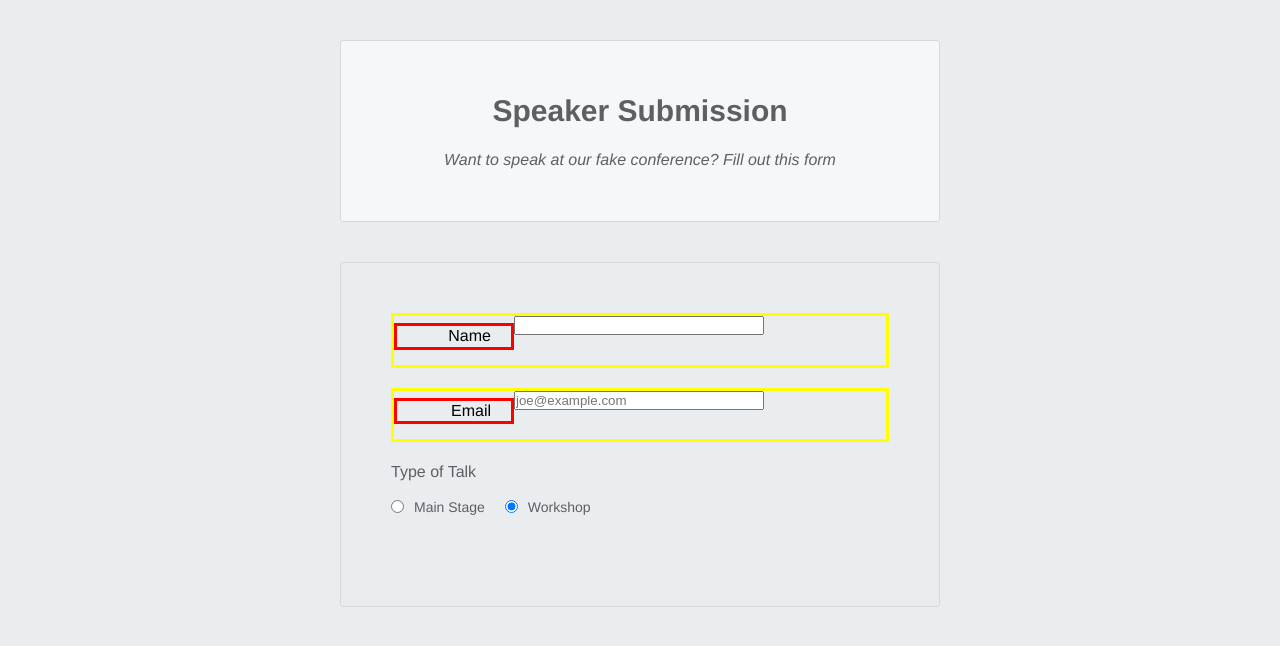
Repository: randomUser134923/pet-projects
Page: CSS_practice/7_forms/index.html
The author's editor kept a record of every edit. The page is drawn from the files as they stood at one moment, then again after the next edit.
The browser window is 1280 px wide. The pictures show the whole page.

Above is the page before.

### CSS_practice/7_forms/index.html
<!DOCTYPE html>
<html lang='en'>
    <head>
        <meta charset='UTF-8'/>
        <title>Speaker Submission</title>
        <link rel='stylesheet' href='style.css'/>
    </head>

    <body>
        <header class='speaker-form-header'>
            <h1> Speaker Submission </h1>
            <p><em>Want to speak at our fake conference? Fill out this form</em></p>
        </header>

        <form action='' method='get' class='speaker-form'>
            <div class='form-row'>
                <label for='full name'>Name</label>
                <input id='full-name' name='full-name' type='text'/>
            </div>

            <div class='form-row'>
                <label for='email'>Email</label>
                <input id='email' name='email' type='email' placeholder='joe@example.com'/>
            </div>

            <fieldset class='legacy-form-row'>
              <legend>Type of Talk</legend>
              <input id='talk-type-1'
                     name='talk-type'
                     type='radio'
                     value='main-stage' />
              <label for='talk-type-1' class='radio-label'>Main Stage</label>
              <input id='talk-type-2'
                     name='talk-type'
                     type='radio'
                     value='workshop'
                     checked />
              <label for='talk-type-2' class='radio-label'>Workshop</label>
            </fieldset>

        </form>
    </body>
</html>

### CSS_practice/7_forms/style.css
* {
    margin: 0;
    padding: 0;
    box-sizing: border-box;
}

body {
    color: #5D6063;
    background-color: #EAEDF0;
    font-family: "Helvetica", "Arial", sans-serif;
    font-size: 16px;
    line-height: 1.3;
    display: flex;
    flex-direction: column;
    align-items: center;
}

.speaker-form-header {
    text-align: center;
    background-color: #F6F7F8;
    border: 1px solid #D6D9DC;
    border-radius: 3px;
    width: 80%;
    margin: 40px 0;
    padding: 50px;
}

.speaker-form-header h1 {
    font-size: 30px;
    margin-bottom: 20px;
}

.speaker-form {
    bacgkround-color: #F6F7F8;
    border: 1px solid #D6D9DC;
    border-radius: 3px;
    width: 80%;
    padding: 50px;
    margin: 0 0 40px 0;
}

.form-row {
    margin-bottom: 40px;
    display: flex;
    justify-content: flex-start;
    flex-direction: column;
    flex-wrap: wrap;
}

.form-row input[type='text']
.form-row input[type='email']
{
    background-color: #FFFFFF;
    border: 1px solid #D6D9DC;
    border-radius: 3px;
    width: 100%;
    padding: 7px;
    font-size: 14px;
}

.form-row label {
    margin-bottom: 15px;
}


.form-row input[type='text']:invalid,
.form-row input[type='email']:invalid
{
    border: 1px solid #5DDC5F;
    color: #D55C5F;
}

.legacy-form-row {
    border: none;
    margin-bottom: 40px;
}

.legacy-form-row legend {
    margin-bottom:15px;
}

.legacy-form-row .radio-label {
    display: block;
    font-size: 14px;
    padding: 0 20px 0 10px;
}

.legacy-form-row input[type='radio'] {
    margin-top: 2px;
}

.legacy-form-row .radio-label ,
.legacy-form-row input[type='radio'] {
    float:left;
}

@media only screen and (min-width: 700px) {


    .speaker-form-header , .speaker-form {
        width: 600px;
    }

    .form-row {
        flex-direction: row;
        align-items: flex-start;
        margin-bottom: 20px;
        border: 3px solid yellow;
    }

    .form-row input[type='text'],
    .form-row input[type='email'],
    .from-row select,
    .from-row textarea
    {
        width: 250px;
        height: initial;
    }


    .form-row label {
        text-align: right;
        width: 120px;
        color: black;
        margin-top: 7px;
        padding-right: 20px;
        border: 3px solid red;
    }




}

After the next edit:
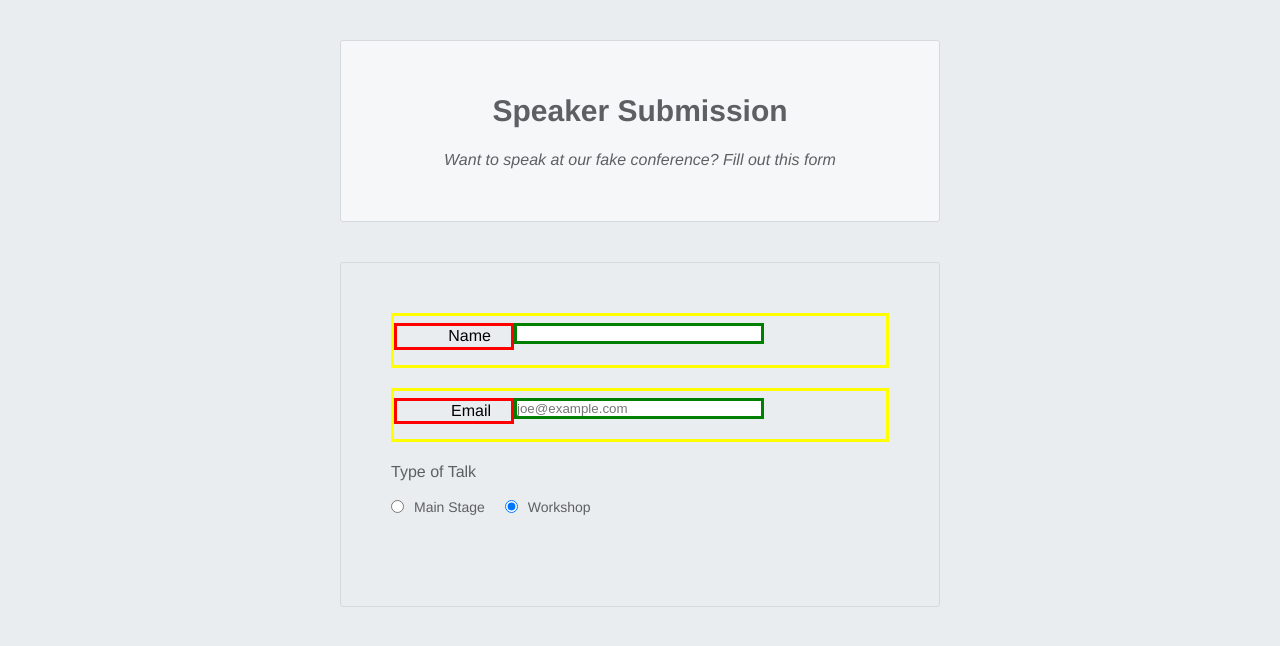
The edit:
--- a/CSS_practice/7_forms/style.css
+++ b/CSS_practice/7_forms/style.css
@@ -114,7 +114,8 @@
     .from-row textarea
     {
         width: 250px;
-        height: initial;
+        border: 3px solid green;
+        margin-top: 7px;
     }
 
 
